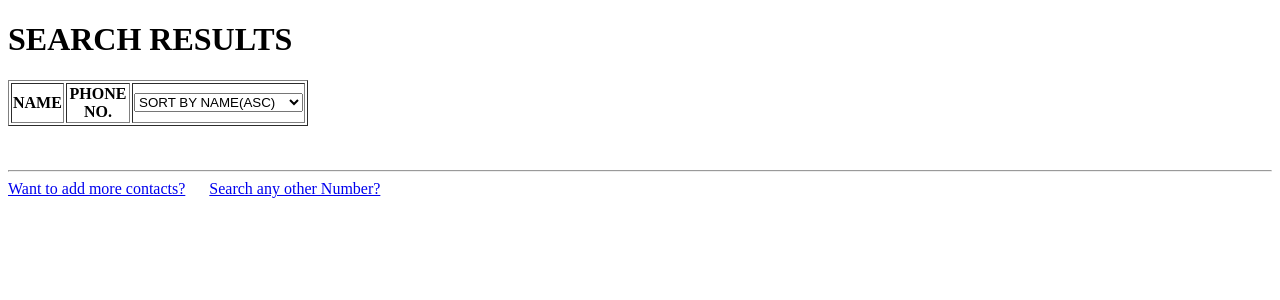
Repository: nikhilbad7/jsp-practicals
Page: http://localhost/classwork/exp13search.jsp
The author's editor kept a copy of each file at every save. The page is drawn from the files as they stood at one save, then again after the next save.
The browser window is 1280 px wide. The pictures show the whole page.
The page is served by Tomcat 9. The database holds what the project's SQL file puts in it.

Above is the page before, as saved 2018-04-12 07:10:57.

### classwork/WebContent/exp13search.jsp
<!DOCTYPE HTML PUBLIC "-//W3C//DTD HTML 4.01 Transitional//EN"
"http://www.w3.org/TR/html4/loose.dtd">
<%@ page import="java.sql.*" %>
<%@ page import="java.io.*" %>
<html>
<head>
<title>SEARCH RESULTS</title>
</head>
<body>
<h1>SEARCH RESULTS </h1>
<%
try {
/* Create string of connection url within specified format with machine name,
port number and database name. Here machine name id localhost and database name
is usermaster. */
//String connectionURL = "jdbc:mysql://localhost:3306/usermaster";
// declare a connection by using Connection interface
//Connection connection = null;
// Load JBBC driver "com.mysql.jdbc.Driver".
String name = request.getParameter("name");
Class.forName("com.mysql.jdbc.Driver");
/* Create a connection by using getConnection() method that takes parameters of
string type connection url, user name and password to connect to database. */
Connection con= DriverManager.getConnection("jdbc:mysql://localhost:3306/phone","root","");
// check weather connection is established or not by isClosed() method
Statement stmt=con.createStatement();
String q = "select * from contacts where name='"+name+"'";
ResultSet rs=stmt.executeQuery(q);
%>
<table border=1 width=300px>
<tr>
	<th>NAME</th>
	<th>PHONE NO.</th>
	<th><select name="sort">
		<option>SORT BY NAME(ASC)</option>
		<option>SORT BY NAME(DESC)</option>
	</select> </th>
</tr> <%
while(rs.next()){
	String resultname = rs.getString("name");
	String num = rs.getString("phone");
	out.print("<tr><td>"+resultname+"</td><td>"+num+"</td></tr>");

}
%>
</table><br><br><hr/>
<a href="exp13add.html">Want to add more contacts?</a>
&nbsp;&nbsp;&nbsp;&nbsp;
<a href="exp13.html">Search any other Number?</a>
<%
con.close();
}
catch(Exception ex){
ex.printStackTrace();
}
%>

</body>
</html>

### classwork/database/phone.sql (the tables this page reads)
CREATE TABLE `contacts` (
  `name` varchar(255) NOT NULL,
  `phone` varchar(50) NOT NULL
) ENGINE=InnoDB DEFAULT CHARSET=latin1;

INSERT INTO `contacts` (`name`, `phone`) VALUES
('Nikhil Badani', '9691441118'),
('Nikhil Singh', '9098187775');

After the next save:
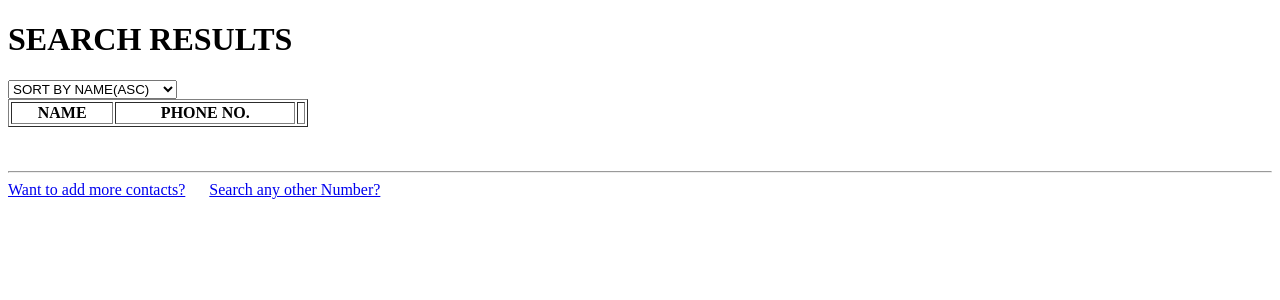
Saved 3 min 30 s later.
--- a/classwork/WebContent/exp13search.jsp
+++ b/classwork/WebContent/exp13search.jsp
@@ -27,14 +27,16 @@ Statement stmt=con.createStatement();
 String q = "select * from contacts where name='"+name+"'";
 ResultSet rs=stmt.executeQuery(q);
 %>
+<select name="sort">
+		<option>SORT BY NAME(ASC)</option>
+		<option>SORT BY NAME(DESC)</option>
+		</select>
 <table border=1 width=300px>
 <tr>
 	<th>NAME</th>
 	<th>PHONE NO.</th>
-	<th><select name="sort">
-		<option>SORT BY NAME(ASC)</option>
-		<option>SORT BY NAME(DESC)</option>
-	</select> </th>
+	<th>
+	 </th>
 </tr> <%
 while(rs.next()){
 	String resultname = rs.getString("name");
